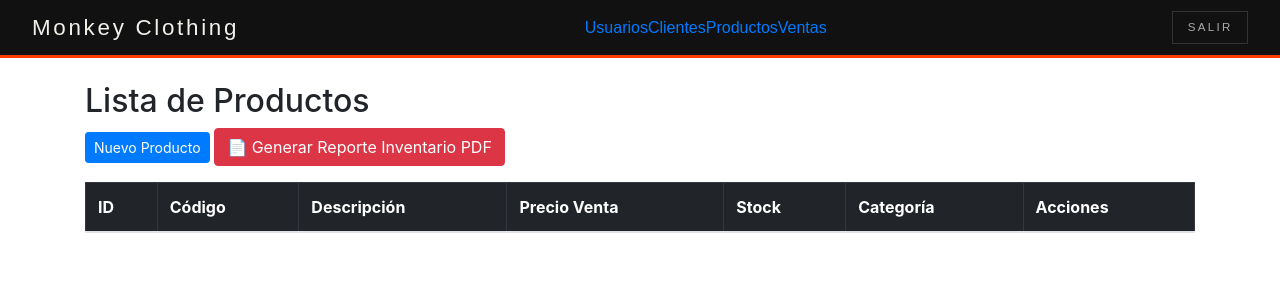
Repository: ZjhonzGz/MonkeyClothing
Page: http://localhost/producto/lista
An editor plug-in stored every save of this project. The page is shown before and after the next save, followed by the edit.
The browser window is 1280 px wide. The pictures show the whole page.
Some web libraries are served in a nearby version. The page is this project's Thymeleaf template; nobody is signed in. The template is opened directly, without the code that normally fills it, so the values that code supplies are empty.

Above is the page before, as saved 2026-02-22 08:39:40.

### Monkey Clothing/monkeyclothing/src/main/resources/templates/producto/lista.html
<!DOCTYPE html>
<html xmlns:th="http://www.thymeleaf.org">
<head>
    <meta charset="UTF-8">
    <title>Monkey Clothing - Productos</title>
    <link rel="stylesheet"
          href="https://maxcdn.bootstrapcdn.com/bootstrap/4.0.0/css/bootstrap.min.css">
</head>
<body>

<nav th:replace="~{componentes/navbar :: navbar}"></nav>

<div class="container mt-4">
    <h2>Lista de Productos</h2>
    <a th:href="@{/productos/nuevo}" class="btn btn-primary btn-sm mb-3">Nuevo Producto</a>

	<a th:href="@{/reportes/inventario/pdf}" target="_blank"
	   class="btn btn-danger mb-3">
	   📄 Generar Reporte Inventario PDF
	</a>

    <table class="table table-striped table-bordered">
        <thead class="table-dark">
            <tr>
                <th>ID</th>
                <th>Código</th>
                <th>Descripción</th>
                <th>Precio Venta</th>
                <th>Stock</th>
                <th>Categoría</th>
                <th>Acciones</th>
            </tr>
        </thead>
        <tbody>
            <tr th:each="p : ${productos}">
                <td th:text="${p.idproducto}"></td>
                <td th:text="${p.codigo}"></td>
                <td th:text="${p.descripcion}"></td>
                <td th:text="${p.precioVenta}"></td>
                <td th:text="${p.stock}"></td>
                <td th:text="${p.categoria.descripcion}"></td>
                <td>
                    <a th:href="@{/productos/editar/{id}(id=${p.idproducto})}"
                       class="btn btn-warning btn-sm">Editar</a>
                    <a th:href="@{/productos/eliminar/{id}(id=${p.idproducto})}"
                       class="btn btn-danger btn-sm"
                       onclick="return confirm('¿Eliminar producto?')">Eliminar</a>
                </td>
            </tr>
        </tbody>
    </table>
</div>

<script src="https://code.jquery.com/jquery-3.2.1.slim.min.js"></script>
<script src="https://maxcdn.bootstrapcdn.com/bootstrap/4.0.0/js/bootstrap.min.js"></script>
</body>
</html>

### Monkey Clothing/monkeyclothing/src/main/resources/templates/componentes/navbar.html
<!DOCTYPE html>
<html xmlns:th="http://www.thymeleaf.org">
<body>

<nav th:fragment="navbar" style="
    background: #111;
    font-family: 'DM Sans', sans-serif;
    border-bottom: 3px solid #ff3b00;
    padding: 0 2rem;
    display: flex;
    align-items: center;
    justify-content: space-between;
    height: 58px;
    position: sticky;
    top: 0;
    z-index: 999;
">

    <!-- Marca -->
    <a th:href="@{/}" style="
        font-family: 'Bebas Neue', sans-serif;
        font-size: 1.4rem;
        letter-spacing: .12em;
        color: #f2f0eb;
        text-decoration: none;
    ">Monkey Clothing</a>

    <!-- Links centro -->
    <div style="display: flex; gap: 0; align-items: center; height: 100%;">
        <a th:href="@{/usuario}"   class="nav-link-mc">Usuarios</a>
        <a th:href="@{/cliente}"   class="nav-link-mc">Clientes</a>
        <a th:href="@{/productos}" class="nav-link-mc">Productos</a>
        <a th:href="@{/venta}"     class="nav-link-mc">Ventas</a>
    </div>

    <!-- Cerrar sesión -->
    <a th:href="@{/}" style="
        font-size: .72rem;
        letter-spacing: .2em;
        text-transform: uppercase;
        color: #aaa;
        text-decoration: none;
        transition: color .2s;
        padding: .4rem .9rem;
        border: 1px solid #333;
    "
    onmouseover="this.style.color='#ff3b00'; this.style.borderColor='#ff3b00'"
    onmouseout="this.style.color='#aaa'; this.style.borderColor='#333'"
    >Salir</a>

</nav>

<link href="https://fonts.googleapis.com/css2?family=Bebas+Neue&family=DM+Sans:wght@300;400;500&display=swap" rel="stylesheet"/>
<style>
    .nav-link-mc {
        display: inline-flex;
        align-items: center;
        height: 58px;
        padding: 0 1.2rem;
        font-size: .72rem;
        letter-spacing: .2em;
        text-transform: uppercase;
        color: #aaa;
        text-decoration: none;
        border-bottom: 3px solid transparent;
        margin-bottom: -3px;
        transition: color .2s, border-color .2s;
    }
    .nav-link-mc:hover {
        color: #f2f0eb;
        border-bottom-color: #ff3b00;
    }
</style>

<script src="https://code.jquery.com/jquery-3.2.1.slim.min.js"></script>
<script src="https://cdnjs.cloudflare.com/ajax/libs/popper.js/1.12.9/umd/popper.min.js"></script>
<script src="https://maxcdn.bootstrapcdn.com/bootstrap/4.0.0/js/bootstrap.min.js"></script>
</body>
</html>

After the next save:
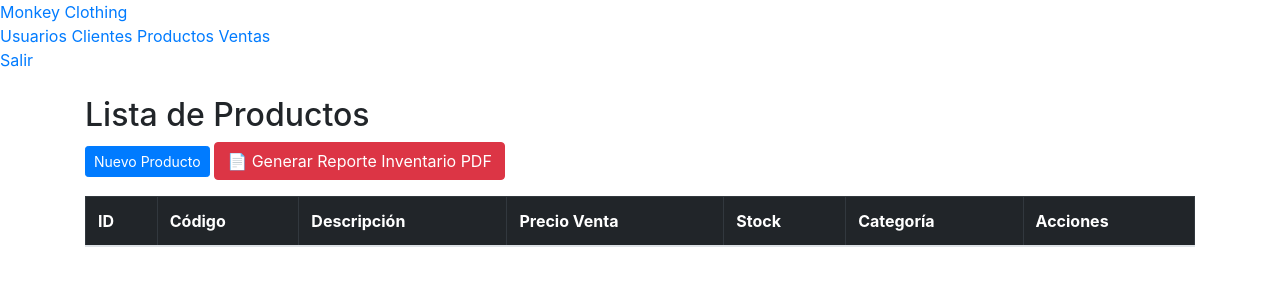
Saved 4 min 6 s later.
--- a/Monkey Clothing/monkeyclothing/src/main/resources/templates/componentes/navbar.html
+++ b/Monkey Clothing/monkeyclothing/src/main/resources/templates/componentes/navbar.html
@@ -2,73 +2,91 @@
 <html xmlns:th="http://www.thymeleaf.org">
 <body>
 
-<nav th:fragment="navbar" style="
-    background: #111;
-    font-family: 'DM Sans', sans-serif;
-    border-bottom: 3px solid #ff3b00;
-    padding: 0 2rem;
-    display: flex;
-    align-items: center;
-    justify-content: space-between;
-    height: 58px;
-    position: sticky;
-    top: 0;
-    z-index: 999;
-">
+<nav th:fragment="navbar" id="mc-navbar">
 
     <!-- Marca -->
-    <a th:href="@{/}" style="
-        font-family: 'Bebas Neue', sans-serif;
-        font-size: 1.4rem;
-        letter-spacing: .12em;
-        color: #f2f0eb;
-        text-decoration: none;
-    ">Monkey Clothing</a>
+    <a th:href="@{/}" id="mc-brand">Monkey Clothing</a>
 
     <!-- Links centro -->
-    <div style="display: flex; gap: 0; align-items: center; height: 100%;">
-        <a th:href="@{/usuario}"   class="nav-link-mc">Usuarios</a>
-        <a th:href="@{/cliente}"   class="nav-link-mc">Clientes</a>
-        <a th:href="@{/productos}" class="nav-link-mc">Productos</a>
-        <a th:href="@{/venta}"     class="nav-link-mc">Ventas</a>
+    <div id="mc-links">
+        <a th:href="@{/usuario}"   class="mc-link">Usuarios</a>
+        <a th:href="@{/cliente}"   class="mc-link">Clientes</a>
+        <a th:href="@{/productos}" class="mc-link">Productos</a>
+        <a th:href="@{/venta}"     class="mc-link">Ventas</a>
     </div>
 
     <!-- Cerrar sesión -->
-    <a th:href="@{/}" style="
-        font-size: .72rem;
-        letter-spacing: .2em;
-        text-transform: uppercase;
-        color: #aaa;
-        text-decoration: none;
-        transition: color .2s;
-        padding: .4rem .9rem;
-        border: 1px solid #333;
-    "
-    onmouseover="this.style.color='#ff3b00'; this.style.borderColor='#ff3b00'"
-    onmouseout="this.style.color='#aaa'; this.style.borderColor='#333'"
-    >Salir</a>
+    <a th:href="@{/}" id="mc-salir">Salir</a>
 
 </nav>
 
 <link href="https://fonts.googleapis.com/css2?family=Bebas+Neue&family=DM+Sans:wght@300;400;500&display=swap" rel="stylesheet"/>
 <style>
-    .nav-link-mc {
+    #mc-navbar {
+        background: #111 !important;
+        border-bottom: 3px solid #ff3b00;
+        padding: 0 2rem;
+        display: flex !important;
+        align-items: center;
+        justify-content: space-between;
+        height: 58px;
+        position: sticky;
+        top: 0;
+        z-index: 999;
+    }
+
+    #mc-brand {
+        font-family: 'Bebas Neue', sans-serif !important;
+        font-size: 1.4rem !important;
+        letter-spacing: .12em;
+        color: #f2f0eb !important;
+        text-decoration: none !important;
+    }
+
+    #mc-links {
+        display: flex;
+        align-items: center;
+        height: 100%;
+        gap: 0;
+    }
+
+    #mc-navbar .mc-link {
         display: inline-flex;
         align-items: center;
         height: 58px;
         padding: 0 1.2rem;
-        font-size: .72rem;
+        font-family: 'DM Sans', sans-serif !important;
+        font-size: .72rem !important;
         letter-spacing: .2em;
         text-transform: uppercase;
-        color: #aaa;
-        text-decoration: none;
+        color: #aaa !important;
+        text-decoration: none !important;
         border-bottom: 3px solid transparent;
         margin-bottom: -3px;
         transition: color .2s, border-color .2s;
     }
-    .nav-link-mc:hover {
-        color: #f2f0eb;
+
+    #mc-navbar .mc-link:hover {
+        color: #f2f0eb !important;
         border-bottom-color: #ff3b00;
+    }
+
+    #mc-salir {
+        font-family: 'DM Sans', sans-serif !important;
+        font-size: .72rem !important;
+        letter-spacing: .2em;
+        text-transform: uppercase;
+        color: #aaa !important;
+        text-decoration: none !important;
+        padding: .4rem .9rem;
+        border: 1px solid #444;
+        transition: color .2s, border-color .2s;
+    }
+
+    #mc-salir:hover {
+        color: #ff3b00 !important;
+        border-color: #ff3b00;
+        text-decoration: none !important;
     }
 </style>
 

After the save that followed:
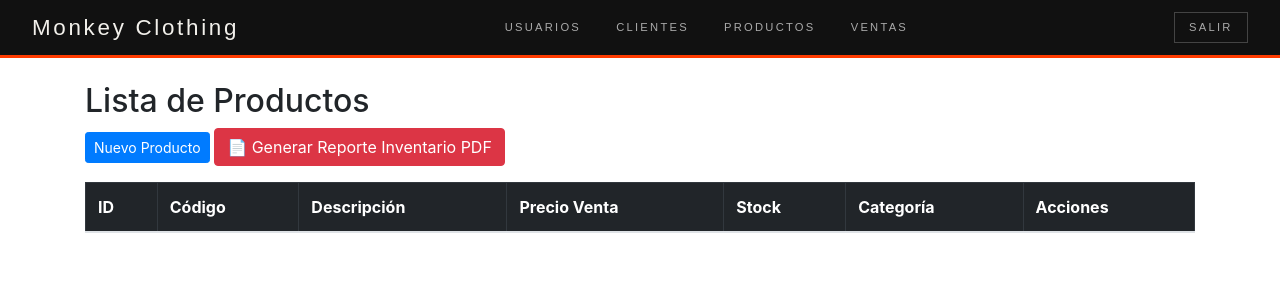
Saved 2 min 3 s later.
--- a/Monkey Clothing/monkeyclothing/src/main/resources/templates/componentes/navbar.html
+++ b/Monkey Clothing/monkeyclothing/src/main/resources/templates/componentes/navbar.html
@@ -2,93 +2,69 @@
 <html xmlns:th="http://www.thymeleaf.org">
 <body>
 
-<nav th:fragment="navbar" id="mc-navbar">
+<nav th:fragment="navbar"
+     style="background:#111; border-bottom:3px solid #ff3b00; padding:0 2rem;
+            display:flex; align-items:center; justify-content:space-between;
+            height:58px; position:sticky; top:0; z-index:999; font-family:'DM Sans',sans-serif;">
 
     <!-- Marca -->
-    <a th:href="@{/}" id="mc-brand">Monkey Clothing</a>
+    <a th:href="@{/}"
+       style="font-family:'Bebas Neue',sans-serif; font-size:1.4rem; letter-spacing:.12em;
+              color:#f2f0eb !important; text-decoration:none;">
+        Monkey Clothing
+    </a>
 
-    <!-- Links centro -->
-    <div id="mc-links">
-        <a th:href="@{/usuario}"   class="mc-link">Usuarios</a>
-        <a th:href="@{/cliente}"   class="mc-link">Clientes</a>
-        <a th:href="@{/productos}" class="mc-link">Productos</a>
-        <a th:href="@{/venta}"     class="mc-link">Ventas</a>
+    <!-- Links -->
+    <div style="display:flex; height:100%;">
+        <a th:href="@{/usuario}"
+           style="display:inline-flex; align-items:center; padding:0 1.1rem; height:58px;
+                  font-size:.7rem; letter-spacing:.2em; text-transform:uppercase;
+                  color:#aaa !important; text-decoration:none !important;
+                  border-bottom:3px solid transparent; margin-bottom:-3px;"
+           onmouseover="this.style.color='#f2f0eb'; this.style.borderBottomColor='#ff3b00';"
+           onmouseout="this.style.color='#aaa'; this.style.borderBottomColor='transparent';">
+            Usuarios
+        </a>
+        <a th:href="@{/cliente}"
+           style="display:inline-flex; align-items:center; padding:0 1.1rem; height:58px;
+                  font-size:.7rem; letter-spacing:.2em; text-transform:uppercase;
+                  color:#aaa !important; text-decoration:none !important;
+                  border-bottom:3px solid transparent; margin-bottom:-3px;"
+           onmouseover="this.style.color='#f2f0eb'; this.style.borderBottomColor='#ff3b00';"
+           onmouseout="this.style.color='#aaa'; this.style.borderBottomColor='transparent';">
+            Clientes
+        </a>
+        <a th:href="@{/productos}"
+           style="display:inline-flex; align-items:center; padding:0 1.1rem; height:58px;
+                  font-size:.7rem; letter-spacing:.2em; text-transform:uppercase;
+                  color:#aaa !important; text-decoration:none !important;
+                  border-bottom:3px solid transparent; margin-bottom:-3px;"
+           onmouseover="this.style.color='#f2f0eb'; this.style.borderBottomColor='#ff3b00';"
+           onmouseout="this.style.color='#aaa'; this.style.borderBottomColor='transparent';">
+            Productos
+        </a>
+        <a th:href="@{/venta}"
+           style="display:inline-flex; align-items:center; padding:0 1.1rem; height:58px;
+                  font-size:.7rem; letter-spacing:.2em; text-transform:uppercase;
+                  color:#aaa !important; text-decoration:none !important;
+                  border-bottom:3px solid transparent; margin-bottom:-3px;"
+           onmouseover="this.style.color='#f2f0eb'; this.style.borderBottomColor='#ff3b00';"
+           onmouseout="this.style.color='#aaa'; this.style.borderBottomColor='transparent';">
+            Ventas
+        </a>
     </div>
 
-    <!-- Cerrar sesión -->
-    <a th:href="@{/}" id="mc-salir">Salir</a>
+    <!-- Salir -->
+    <a th:href="@{/}"
+       style="font-size:.7rem; letter-spacing:.2em; text-transform:uppercase;
+              color:#aaa !important; text-decoration:none !important;
+              padding:.4rem .9rem; border:1px solid #444;"
+       onmouseover="this.style.color='#ff3b00'; this.style.borderColor='#ff3b00';"
+       onmouseout="this.style.color='#aaa'; this.style.borderColor='#444';">
+        Salir
+    </a>
 
 </nav>
-
-<link href="https://fonts.googleapis.com/css2?family=Bebas+Neue&family=DM+Sans:wght@300;400;500&display=swap" rel="stylesheet"/>
-<style>
-    #mc-navbar {
-        background: #111 !important;
-        border-bottom: 3px solid #ff3b00;
-        padding: 0 2rem;
-        display: flex !important;
-        align-items: center;
-        justify-content: space-between;
-        height: 58px;
-        position: sticky;
-        top: 0;
-        z-index: 999;
-    }
-
-    #mc-brand {
-        font-family: 'Bebas Neue', sans-serif !important;
-        font-size: 1.4rem !important;
-        letter-spacing: .12em;
-        color: #f2f0eb !important;
-        text-decoration: none !important;
-    }
-
-    #mc-links {
-        display: flex;
-        align-items: center;
-        height: 100%;
-        gap: 0;
-    }
-
-    #mc-navbar .mc-link {
-        display: inline-flex;
-        align-items: center;
-        height: 58px;
-        padding: 0 1.2rem;
-        font-family: 'DM Sans', sans-serif !important;
-        font-size: .72rem !important;
-        letter-spacing: .2em;
-        text-transform: uppercase;
-        color: #aaa !important;
-        text-decoration: none !important;
-        border-bottom: 3px solid transparent;
-        margin-bottom: -3px;
-        transition: color .2s, border-color .2s;
-    }
-
-    #mc-navbar .mc-link:hover {
-        color: #f2f0eb !important;
-        border-bottom-color: #ff3b00;
-    }
-
-    #mc-salir {
-        font-family: 'DM Sans', sans-serif !important;
-        font-size: .72rem !important;
-        letter-spacing: .2em;
-        text-transform: uppercase;
-        color: #aaa !important;
-        text-decoration: none !important;
-        padding: .4rem .9rem;
-        border: 1px solid #444;
-        transition: color .2s, border-color .2s;
-    }
-
-    #mc-salir:hover {
-        color: #ff3b00 !important;
-        border-color: #ff3b00;
-        text-decoration: none !important;
-    }
-</style>
 
 <script src="https://code.jquery.com/jquery-3.2.1.slim.min.js"></script>
 <script src="https://cdnjs.cloudflare.com/ajax/libs/popper.js/1.12.9/umd/popper.min.js"></script>
